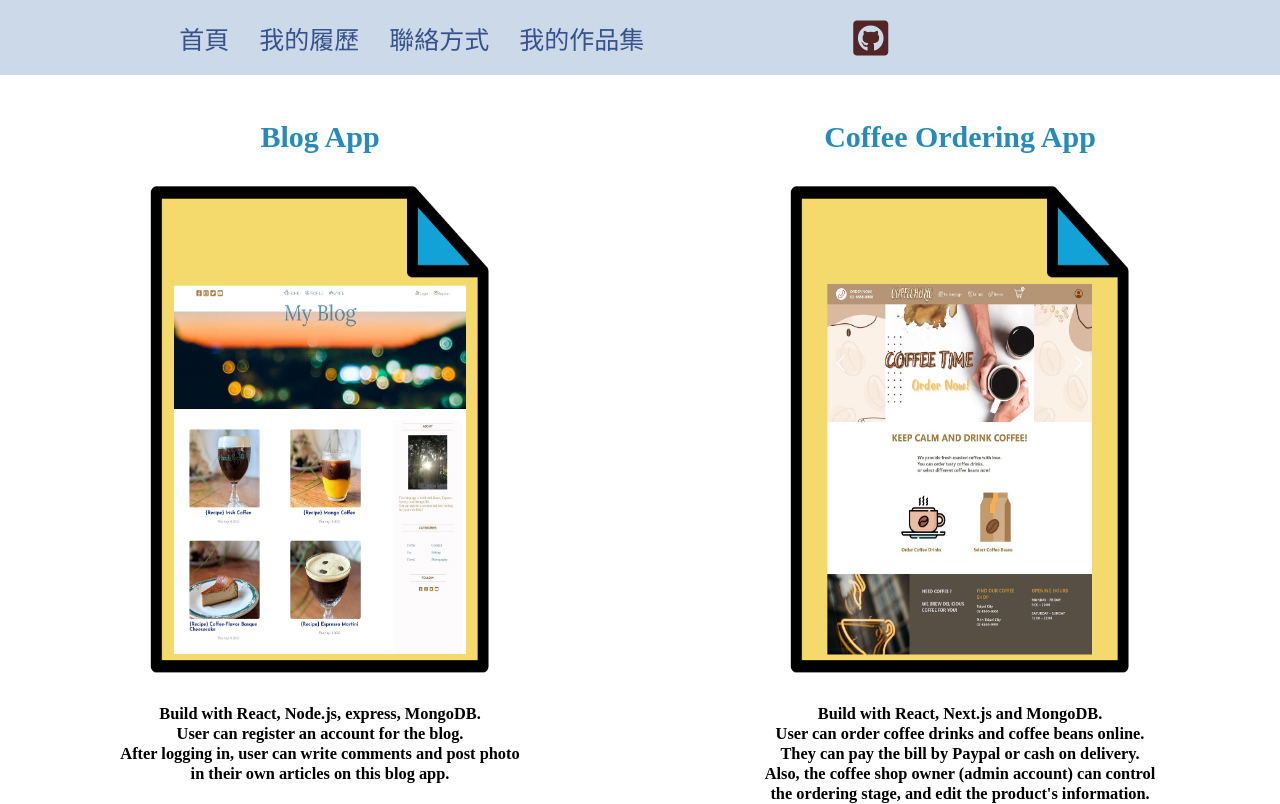
Repository: lcjyc/portfolio-website
Page: /portfolio
These files come from the project's save history. The page is drawn as it stood at one moment and after the next save; the edit follows.
The browser window is 1280 px wide. The pictures show the whole page.
The project was rebuilt for these pictures with package versions that can differ from the ones it lists, and the page was loaded fresh each time. Also part of the build but not shown: src/pages/home/home.css, src/pages/home/Home.jsx, src/pages/resume/resume.css, src/pages/resume/Resume.jsx, src/pages/contact/contact.css, src/pages/contact/Contact.jsx.

Above is the page before, as saved 2022-08-21 12:59:10.

### public/index.html
<!DOCTYPE html>
<html lang="zh-tw">
  <head>
    <meta charset="utf-8" />
    <meta name="viewport" content="width=device-width, initial-scale=1" />
    <meta name="theme-color" content="#000000" />
    <meta
      name="description"
      content="Web site created using create-react-app"
    />
    <link
      href="https://fonts.googleapis.com/css2?family=Josefin+Sans:wght@100;200;300;400;500;600;700&family=Lora:ital@0;1&family=Varela&family=Varela+Round&display=swap"
      rel="stylesheet"
    />
    <link
      rel="stylesheet"
      href="https://cdnjs.cloudflare.com/ajax/libs/font-awesome/5.15.3/css/all.min.css"
      integrity="sha512-iBBXm8fW90+nuLcSKlbmrPcLa0OT92xO1BIsZ+ywDWZCvqsWgccV3gFoRBv0z+8dLJgyAHIhR35VZc2oM/gI1w=="
      crossorigin="anonymous"
    />
    <style>
      * {
        margin: 0;
      }
    </style>
    <style>
      .link {
        text-decoration: none;
        color: inherit;
      }
    </style>
    <title>Lesley Chen|Portfolio</title>
  </head>

  <body>
    <noscript>You need to enable JavaScript to run this app.</noscript>
    <div id="root"></div>
  </body>
</html>

### src/App.js
import TopBar from "./components/topbar/TopBar";
import Home from "./pages/home/Home";
import Resume from "./pages/resume/Resume";
import Contact from "./pages/contact/Contact";
import Portfolio from "./pages/portfolio/Portfolio";

import { BrowserRouter as Router, Routes, Route } from "react-router-dom";

function App() {
  return (
    <Router>
      <TopBar />
      <Routes>
        <Route path="/" element={<Home />} />
        <Route path="/resume" element={<Resume />} />
        <Route path="/contact" element={<Contact />} />
        <Route path="/portfolio" element={<Portfolio />} />
      </Routes>
    </Router>
  );
}

export default App;

### src/components/topbar/TopBar.jsx
import { Link } from "react-router-dom";
import "./topbar.css";

export default function TopBar() {
  return (
    <div className="top">
      <div className="topLeft">
        <ul className="topList">
          <li className="topListItem">
            <Link className="link" to="/">
              首頁
            </Link>
          </li>
          <li className="topListItem">
            <Link className="link" to="/resume">
              我的履歷
            </Link>
          </li>
          <li className="topListItem">
            <Link className="link" to="/contact">
              聯絡方式
            </Link>
          </li>
          <li className="topListItem">
            <Link className="link" to="/portfolio">
              我的作品集
            </Link>
          </li>
        </ul>
      </div>
      <div className="topRight">
        <a href="https://github.com/lcjyc/">
          <i className="topIcon fab fa-github-square"></i>
        </a>
      </div>
    </div>
  );
}

### src/pages/portfolio/Portfolio.jsx
import "./portfolio.css";
import blog from "../../images/blog.jpg";
import coffeeorder from "../../images/coffeeorder.jpg";

const portfolio = () => {
  return (
    <div className="portfolio">
      <div className="left">
        <a
          href="https://lesleyblog.herokuapp.com/"
          target="_blank"
          rel="noopener noreferrer"
          className="link"
        >
          <h1 className="app">Blog App</h1>
        </a>
        <img src={blog} alt="" className="img" />
        <div className="desc">
          <h3>
            Build with React, Node.js, express, MongoDB.
            <br />
            User can register an account for the blog.
            <br />
            After logging in, user can write comments and post photo in their
            own articles on this blog app.
            <br />
          </h3>
        </div>
      </div>
      <div className="right">
        <a
          href="https://coffee-ordering.vercel.app/"
          target="_blank"
          rel="noopener noreferrer"
          className="link"
        >
          <h1 className="app">Coffee Ordering App</h1>
        </a>
        <img src={coffeeorder} alt="" className="img" />
        <div className="desc">
          <h3>
            Build with React, Next.js and MongoDB.
            <br />
            User can order coffee drinks and coffee beans online.
            <br />
            They can pay the bill by Paypal or cash on delivery.
            <br />
            Also, the coffee shop owner (admin account) can control the ordering
            stage, and edit the product's information.
          </h3>
        </div>
      </div>
    </div>
  );
};

export default portfolio;

### src/components/topbar/topbar.css
.top {
  width: 100%;
  height: 6vh;
  background-color: rgb(154, 179, 210, 0.5);
  position: sticky;
  top: 0;
  padding: 1rem 0rem;
  display: flex;
  align-items: center;
  z-index: 999;
}

.topLeft {
  flex: 6;
  display: flex;
  align-items: center;
  justify-content: center;
}

.topRight {
  flex: 3;
  display: flex;
}

.topIcon {
  font-size: 40px;
  margin-right: 10px;
  color: rgb(83, 37, 37);
  cursor: pointer;
}

.topImg {
  width: 40px;
  height: 40px;
  border-radius: 50%;
  object-fit: cover;
  cursor: pointer;
}

.topList {
  display: flex;
  justify-content: center;
  margin: 0;
  padding: 0;
  list-style: none;
}

.topListItem {
  margin-right: 30px;
  font-size: 25px;
  color: rgb(55, 82, 141);
  cursor: pointer;
}

.topListItem :hover {
  color: white;
}

### src/pages/portfolio/portfolio.css
.portfolio {
  display: flex;
  height: 87vh;
  width: 100%;
  padding-top: 2vh;
}

.left,
.right {
  flex: 1;
  padding: 30px;
  display: block;
  text-align: center;
  width: 600px;
}

.link {
  text-decoration: none;
  cursor: pointer;
}

.app {
  color: rgb(39, 138, 184);
  font-size: 30px;
}

.img {
  height: 550px;
  width: 350px;
  display: block;
  margin: auto;
}

.desc {
  width: 400px;
  text-align: center;
  display: block;
  margin: auto;
  font-size: 14px;
}

Loaded but not shown: src/index.js (common file)

After the next save:
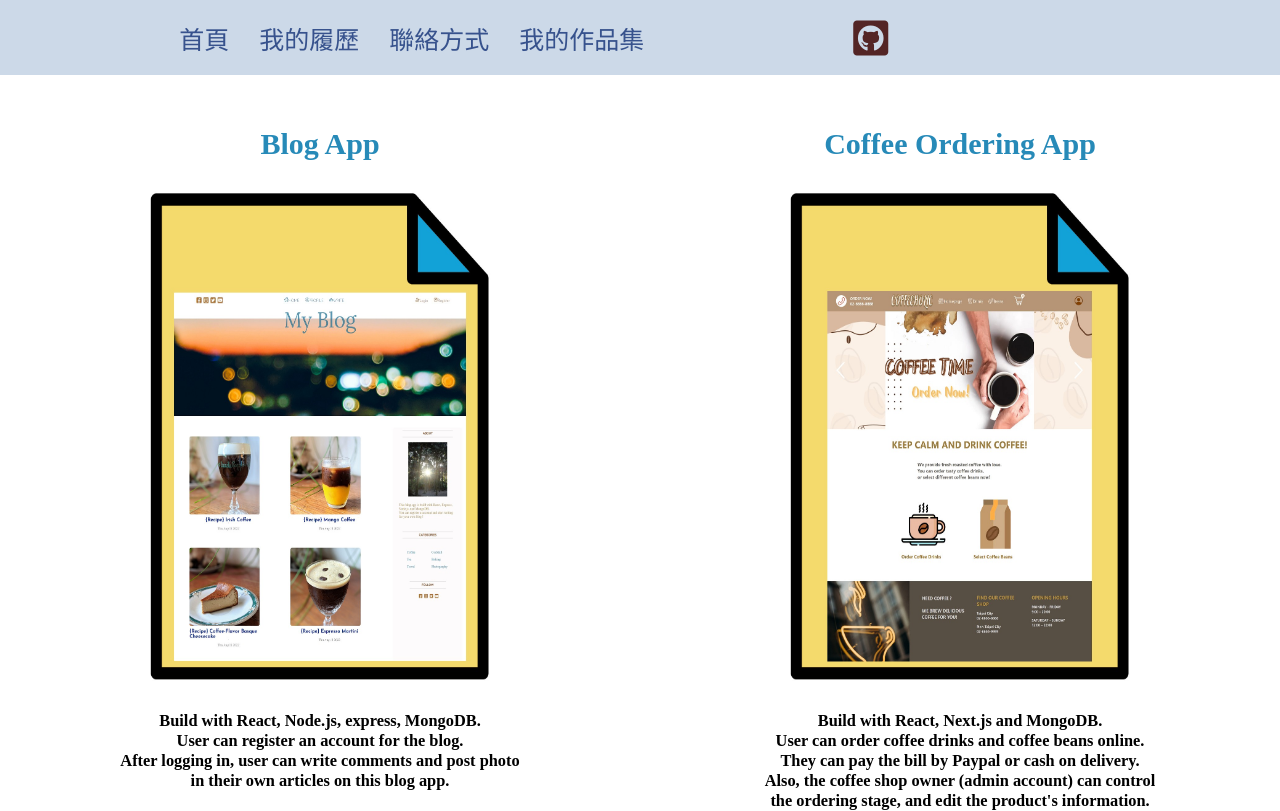
Saved 19 s later.
--- a/src/pages/portfolio/portfolio.css
+++ b/src/pages/portfolio/portfolio.css
@@ -2,7 +2,7 @@
   display: flex;
   height: 87vh;
   width: 100%;
-  padding-top: 2vh;
+  padding-top: 3vh;
 }
 
 .left,
